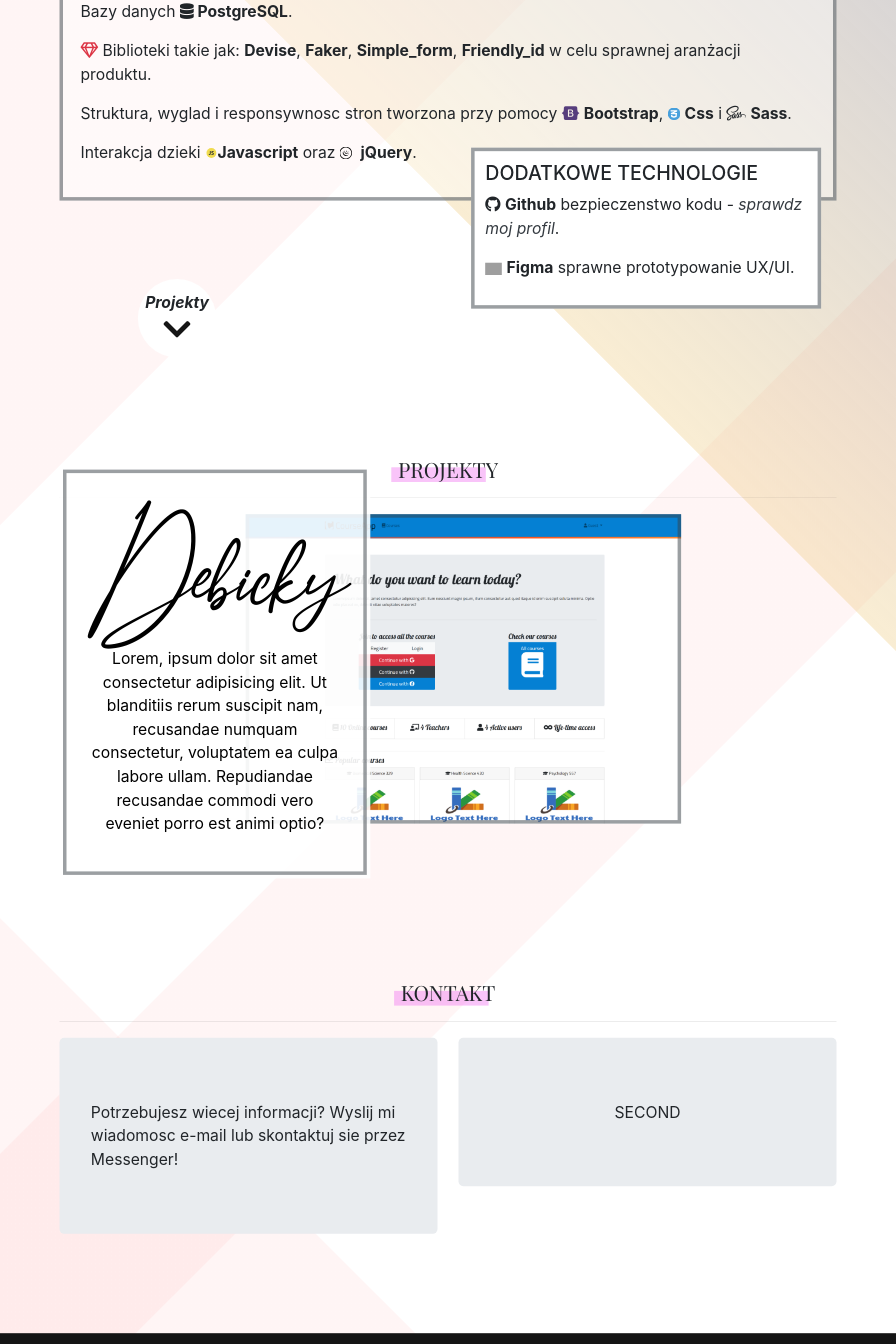
Repository: debicky/debicky.github.io
Page: index.html
An editor plug-in stored every save of this project. The page is shown before and after the next save, followed by the edit.
The browser window is 1280 px wide. The pictures show the part of the page from y = 1091 to 3011 px (the page is 3276 px tall), at 70% of full size.
Pictures or frames that could not be fetched are drawn as grey boxes. Some web libraries are served in a nearby version.

Above is the page before, as saved 2020-06-15 12:59:20.

### index.html
<!DOCTYPE html>
<html lang="en">
<head>
  <meta charset="UTF-8">
  <meta name="viewport" content="width=device-width, initial-scale=1.0">
  <title>Debicky</title>
  <link rel="stylesheet" href="https://stackpath.bootstrapcdn.com/bootstrap/4.5.0/css/bootstrap.min.css" integrity="sha384-9aIt2nRpC12Uk9gS9baDl411NQApFmC26EwAOH8WgZl5MYYxFfc+NcPb1dKGj7Sk" crossorigin="anonymous">
  <link rel="stylesheet" href="https://cdnjs.cloudflare.com/ajax/libs/font-awesome/5.11.2/css/all.min.css">
  <link rel="stylesheet" href="styles.css">
  <link rel="stylesheet" href="https://unpkg.com/aos@next/dist/aos.css" />

</head>
<body>


  <header>
    <div class="signature" data-aos="fade-in" data-aos-duration="2000">
      <h5 class="signature-heading ">Debicky<span class="text-danger font-weight-bolder">.</span></h5>
      <h3 class="signature-subheading">Młodszy Programista Ruby on Rails</h3>
    </div>

    <div class="container">
      <nav class="navbar navbar-expand-md p-0 rounded" data-aos="fade-in" data-aos-duration="3000">
        <button class="navbar-toggler" type="button" data-toggle="collapse" data-target="#navbarSupportedContent" aria-controls="navbarSupportedContent" aria-expanded="false" aria-label="Toggle navigation">
          <i class="fas fa-bars"></i>
          <i class="fas fa-times"></i>
        </button>

        <div class="collapse navbar-collapse d-md-flex justify-content-center" id="navbarSupportedContent">
          <ul class="navbar-nav">
            <li class="nav-item">
              <a class="nav-link" href="#about">Umiejętności</a>
            </li>
            <li class="nav-item">
              <a class="nav-link" href="#projects">Projekty</a>
            </li>
            <li class="nav-item">
              <a class="nav-link" href="#contact">Kontakt</a>
            </li>
          </ul>
        </div>
      </nav>
    </div>
  </header>

  <section class="about" id="about">
    <div class="container">
      <h1 class="text-center">Umiejętności</h1>

        <div class="about-content">
          <div class="main-about-description">
            <h5 class="text-uppercase">Moja praca</h5>
            <p>Projekty wykonane w oparciu o framework <img src="/images/icons/ror.svg" alt="ror-icon"><b> Ruby on Rails 6</b>.
            <p>Bazy danych <i class="fas fa-database"></i><b> PostgreSQL</b>.</p>
            <p><i class="far fa-gem text-danger"></i> Biblioteki takie jak: <b>Devise</b>, <b>Faker</b>, <b>Simple_form</b>, <b>Friendly_id</b> w celu sprawnej aranżacji produktu. </p>
            <p>Struktura, wyglad i responsywnosc stron tworzona przy pomocy <span><i class="fab fa-bootstrap text-bootstrap"></i> <b>Bootstrap</b></span>, <span><img src="/images/icons/css.svg" alt="css-icon"> <b>Css</b></span> i <span><i class="fab fa-sass"></i> <b>Sass</b></span>.</p>
            <p>Interakcja dzieki <img src="/images/icons/js.svg" alt="js-icon"><b>Javascript</b> oraz <span><img src="/images/icons/jquery.svg" alt="jquery-icon"> <b> jQuery</b></span>.</p>
          </div>
          <div class="minor-about-description">
            <h5 class="text-uppercase">Dodatkowe technologie</h5>
            <p><i class="fab fa-github"></i> <b>Github</b> bezpieczenstwo kodu  - <a href="https://github.com/debicky" target="_blank" class="text-dark font-italic">sprawdz moj profil</a>.</p>
            <p><img src="/images/icons/figma.svg" alt="figma-icon"> <b>Figma</b> sprawne prototypowanie UX/UI.</p>
          </div>
          <div class="project-down d-none d-sm-flex" id="project-down">
            <span class="font-italic"><b>Projekty</b></span>
            <i class="fas fa-chevron-down"></i>
          </div>
        </div>

    </div>
  </section>




  <section class="projects" id="projects">
    <div class="container">
      <h1 class="text-center">Projekty</h1>
      <hr>

        <div class="project-content">
          <div class="project-description">
            <div class="signature">
              <h5 class="signature-heading">Debicky</h5>
              <p>Lorem, ipsum dolor sit amet consectetur adipisicing elit. Ut blanditiis rerum suscipit nam, recusandae numquam consectetur, voluptatem ea culpa labore ullam. Repudiandae recusandae commodi vero eveniet porro est animi optio?</p>
            </div>
          </div>
          <div class="project-image">
            <a href="/images/1.jpeg">
              <img src="/images/course.png" alt="img1">
            </a>
          </div>
        </div>


    </div>
  </section>

  <section class="contact" id="contact">
    <div class="container">
      <h1 class="text-center">Kontakt</h1>
      <hr>

      <div class="row">
        <div class="col-12 col-md-6 col-lg-6 mb-5 mb-md-0">
          <div class="jumbotron">
            Potrzebujesz wiecej informacji?
            Wyslij mi wiadomosc e-mail lub skontaktuj sie przez Messenger!
          </div>
        </div>
        <div class="col-12 col-md-6 col-lg-6 mb-5 mb-md-0">
          <div class="jumbotron">SECOND</div>
        </div>
      </div>
    </div>
  </section>


  <footer class="py-5">
    <div class="up" id="up">
      <i class="fas fa-chevron-up"></i>
    </div>
    <div class="container">
      <div class="row">
        <div class="col-12 col-md-5 col-lg-4 mb-5 mb-md-0">
          <div class="signature-footer">
            <h5 class="signature-footer-heading">Debicky<span class="text-danger font-weight-bolder">.</span></h5>
            <h3 class="signature-footer-subheading">Programista Ruby on Rails</h3>
          </div>
          <small class="d-block mt-2 text-muted">&copy; 2020</small>
        </div>
        <div class="col-12 col-md-5 col-lg-4 mb-5">
          <h5 class="text-uppercase">Media</h5>
            <ul class="list-unstyled mb-0">
              <li>
                <a href="https://www.facebook.com/artur.debicki.5" class="text-muted"><i class="fab fa-facebook"></i> Facebook</a>
              </li>
              <li>
                <a href="https://www.instagram.com/debicky" class="text-muted"><i class="fab fa-instagram"></i> Instagram</a>
              </li>
              <li>
                <a href="https://github.com/debicky" class="text-muted"><i class="fab fa-github"></i> Github</a>
              </li>
            </ul>
        </div>
        <div class="col-12 col-md-5 col-lg-4">
          <h5 class="text-uppercase">Kontakt</h5>
            <ul class="list-unstyled mb-0">
              <li>
                <a href="mailto:arturd444@gmail.com" class="text-muted"><i class="fas fa-envelope"></i> arturd444@gmail.com</a>
              </li>
              <li>
                <p class="text-muted"><i class="fa fa-phone"></i> +48 692 138 221</p>
              </li>
            </ul>
        </div>
      </div>
    </div>
  </footer>



  <script src="https://code.jquery.com/jquery-3.5.0.min.js" crossorigin="anonymous"></script>
  <script src="https://cdn.jsdelivr.net/npm/popper.js@1.16.0/dist/umd/popper.min.js" integrity="sha384-Q6E9RHvbIyZFJoft+2mJbHaEWldlvI9IOYy5n3zV9zzTtmI3UksdQRVvoxMfooAo" crossorigin="anonymous"></script>
  <script src="https://stackpath.bootstrapcdn.com/bootstrap/4.5.0/js/bootstrap.min.js" integrity="sha384-OgVRvuATP1z7JjHLkuOU7Xw704+h835Lr+6QL9UvYjZE3Ipu6Tp75j7Bh/kR0JKI" crossorigin="anonymous"></script>
  <script src="https://unpkg.com/aos@next/dist/aos.js"></script>
  <script src="script.js"></script>

</body>
</html>

### styles.css
@import url('https://fonts.googleapis.com/css?family=Playfair+Display+SC|Roboto:300,400&display=swap');

@font-face {
  font-family: "AmostelySignature";
  src: url("/fonts/AmostelySignature.ttf");
  }


* {
  margin: 0;
  padding: 0;
  box-sizing: border-box;
}

body {
  background-image: linear-gradient(45deg, transparent 0%, transparent 55%,rgba(238, 202, 125, 0.336) 55%, rgba(83, 67, 67, 0.219) 76%,transparent 76%, transparent 100%),linear-gradient(135deg, transparent 0%, transparent 14%,rgba(255,1,1, 0.04) 14%, rgba(255,1,1, 0.04) 41%,transparent 41%, transparent 100%),linear-gradient(45deg, transparent 0%, transparent 2%,rgba(255,1,1, 0.04) 2%, rgba(255,1,1, 0.04) 18%,transparent 18%, transparent 100%),linear-gradient(135deg, transparent 0%, transparent 61%,rgba(255,1,1, 0.04) 61%, rgba(255,1,1, 0.04) 71%,transparent 71%, transparent 100%),linear-gradient(90deg, rgb(255,255,255),rgb(255,255,255));
}

html {
  font-family: "Roboto", sans-serif;

}

a:hover {
  text-decoration: none;
}

.text-bootstrap{
  color: #563d7c;
}

p span{
  white-space: pre;
}

/* Heading */

header{
  height: 100vh;
  width: 100%;
  display: flex;
  flex-direction: column;
  align-items: center;
  justify-content: center;

}

.signature{
  color: black;
  text-align: center;
  user-select: none;
}

.signature-heading{
  font-family: 'AmostelySignature', cursive;
  font-size: 7rem;
  margin-bottom: 30px;
}

.signature-subheading{
  font-family: 'Playfair Display SC', sans-serif;
  font-size: 1.5rem;
  text-transform: uppercase;
  margin-bottom: 20px;
}

/* Navbar */

.navbar{
  background-color: #384147;
}

.navbar-toggler i{
  color: #fff;
  font-size: 1.2rem;
}

.navbar-toggler .fa-times{
  display: none;
}

.navbar-toggler.menu-open  .fa-bars{
  display: none;
}

.navbar-toggler.menu-open  .fa-times{
  display: block;
}

.navbar-nav{
  padding: 20px;
}

.nav-link{
  color: #fff;
  text-transform: uppercase;
  transition: opacity .5s;
  font-size: 1rem;
}

.nav-link:hover{
  color: maroon;
}

/* about */

.about {
  height: 100vh;
  justify-content: center;
  align-items: center;
}

.about img{
height: 18px;
}

.main-about-description{
  width: 100%;
  background-color: rgba(255, 255, 255, .4);
  padding: 30px;
  outline: 5px solid rgba(56, 65, 71, 0.5);
  outline-offset: -5px;
  order: 1;
  margin-top: 5px;
}

.minor-about-description{
  width: 100%;
  background-color: rgba(255, 255, 255, .4);
  padding: 30px;
  outline: 5px solid rgba(56, 65, 71, 0.5);
  outline-offset: -5px;
  order: 1;
  margin-top: 5px;
}

.project-down{
  flex-direction: column;
  justify-content: center;
  align-items: center;
  width: 5rem;
  height: 5rem;
  background-color: #fff;
  border-radius: 100%;
  margin: 5rem;
  animation: pulse 2.5s infinite;
  cursor: pointer;
  z-index: 1;
}

.project-down i{
  color: #151515;
  font-size: 2rem;
}





/* section headers */

section h1{
  font-family: 'Playfair Display SC', sans-serif;
  font-size: 30px;
  text-transform: uppercase;
  position: relative;
  z-index: 1;
}

section h1::before {
  content: ' ';
  position: absolute;
  width: 6rem;
  background: #ec52ec57;
  height: .7em;
  bottom: 0;
  z-index: -1;
  margin-left: -.3em;
}

/* Projects */

.projects{
  margin: 5rem 0 10rem 0;
}

.project-description{
  width: 100%;
  background-color: rgba(255, 255, 255, 0.9);
  padding: 40px;
  outline: 5px solid rgba(56, 65, 71, 0.5);
  outline-offset: -5px;
  order: 1;
  margin-top: 5px;
}

.project-image{
  order: 2;
}

.project-image img{
  outline: 5px solid rgba(56, 65, 71, 0.5);
  outline-offset: -5px;
  width: 100%;
  height: auto;
  display: block;
}







/* Contact */

.contact{
  height: 70vh;
}


.jumbotron{
  width: 100%;
  display: flex;
  align-items: center;
  justify-content: center;
}

/* Footer */


footer {
  background-color: #151515;
  color: #fff;
}

.signature-footer{
  user-select: none;
}

.signature-footer-heading{
  font-family: 'AmostelySignature', cursive;
  font-size: 50px;
  margin-bottom: 30px;
  color: #fff;
}

.signature-footer-subheading{
  font-family: 'Playfair Display SC', sans-serif;
  font-size: 12px;
  text-transform: uppercase;
  color: #fff;
}

footer h5{
  font-family: 'Playfair Display SC', sans-serif;

}


a.text-muted:hover{
  color: maroon !important;
}

.up{
  position: absolute;
  width: 5rem;
  height: 5rem;
  background-color: #fff;
  right: 3rem;
  border-radius: 100%;
  display: flex;
  animation: pulse 2.5s infinite;
  cursor: pointer;
  z-index: 1;
}

.up i{
  color: #151515;
  font-size: 2rem;
  margin: auto;
}

@keyframes pulse {
  0%{
    box-shadow: 0 0 0 0 rgba(238, 132, 125, 0.99);
  }
  70%{
    box-shadow: 0 0 0 2rem rgba(238, 202, 125, 0);

  }
  100%{
    box-shadow: 0 0 0 0 rgba(238, 202, 125, 0);

  }
}

/* Responsive */

@media screen and (min-width: 768px) {
  .navbar{
    background-color: transparent;
  }
  .navbar-nav{
    padding: 0;
  }
  .nav-link{
    color: #384147;
  }

  nav:hover .nav-link:not(:hover){
    opacity: .5;
  }

  /* about resposnive */

  .about{
    margin-top: 15%;
  }

  .about-content{
    position: relative;
    display: block;
  }

  .minor-about-description{
    position: absolute;
    transform: translateY(-35%);
    left: 53%;
    width: 45%;
    padding: 20px;
    background-color: #fff;
  }



  /* project responsive */
  .project-content{
    position: relative;
    display: block;
  }

  .project-description{
    position: absolute;
    top: 80%;
    transform: translateY(-50%);
    width: 60%;
    outline-offset: -10px;
  }

  .project-image img{
    width: 70%;
    margin-left: auto;
  }

}

@media screen and (min-width: 1200px) {
  html{
    font-size: 1.4rem;
  }

  .project-description{
    top: 50%;
    width: 40%;
  }

  .project-image{
    width: 80%;
  }

  .contact{
    height: 70vh;
  }

  footer{
    height: 30vh;
  }

}

### script.js
$(document).ready(function () {

  AOS.init();


  $('.navbar-toggler').on('click', function () {
    $(this).toggleClass('menu-open');
  })

  $('.navbar .nav-link').on('click', function () {
    $('.navbar-collapse').toggleClass('show')
    $('.navbar-toggler').removeClass('menu-open')
  });

  $('nav a[href*="#').on('click', function () {
    $('html, body').animate({
      scrollTop: $($(this).attr('href')).offset().top - 100
    }, 900);
  });

  $('#project-down').on('click', function () {
    $('html, body').animate({
      scrollTop: $('#projects').offset().top - 10
    }, 900);
  });

  $('#up').on('click', function () {
    $('html, body').animate({
      scrollTop: 0
    }, 900);
  });






})

After the next save:
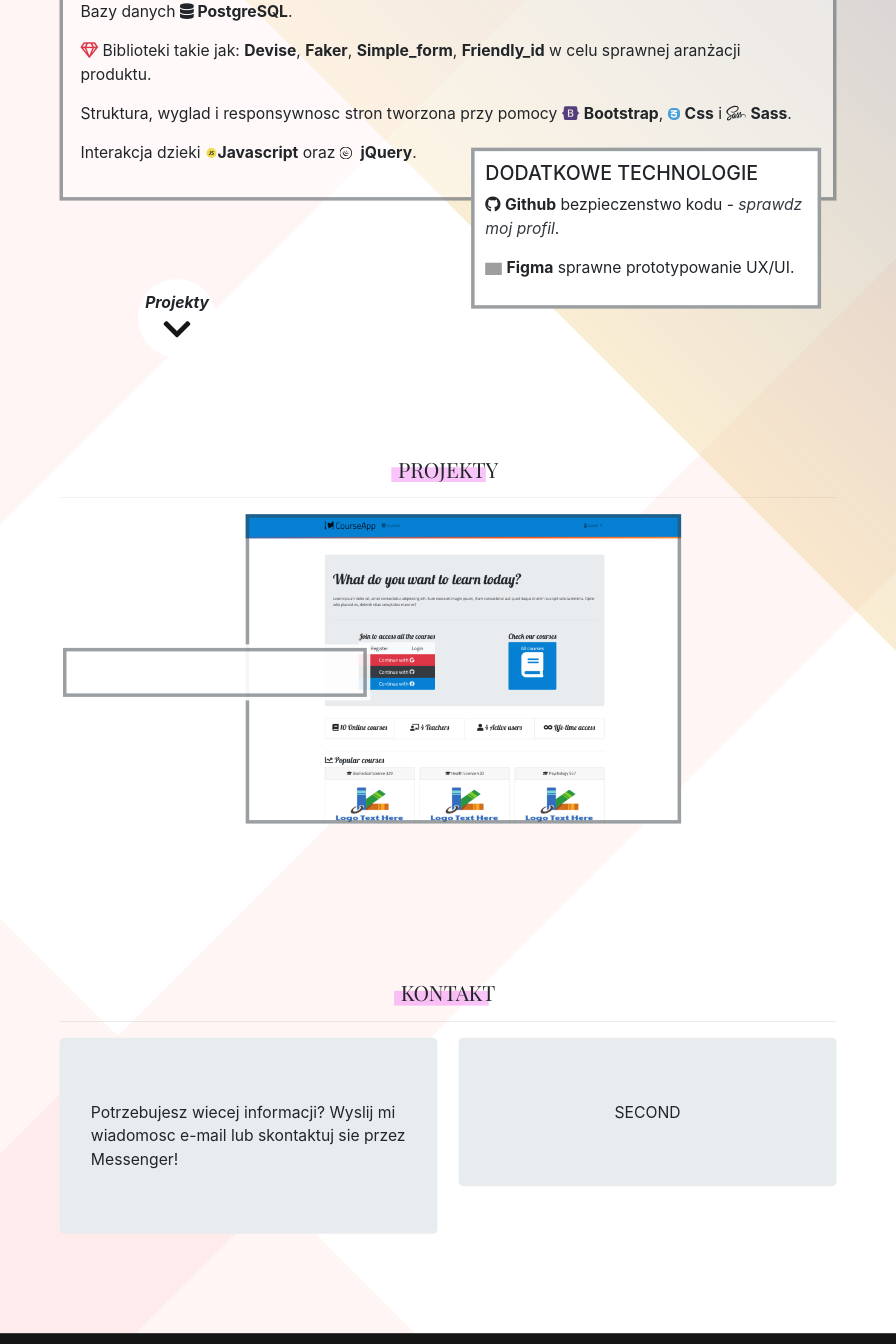
Saved 110 s later.
--- a/index.html
+++ b/index.html
@@ -80,10 +80,7 @@
 
         <div class="project-content">
           <div class="project-description">
-            <div class="signature">
-              <h5 class="signature-heading">Debicky</h5>
-              <p>Lorem, ipsum dolor sit amet consectetur adipisicing elit. Ut blanditiis rerum suscipit nam, recusandae numquam consectetur, voluptatem ea culpa labore ullam. Repudiandae recusandae commodi vero eveniet porro est animi optio?</p>
-            </div>
+
           </div>
           <div class="project-image">
             <a href="/images/1.jpeg">
